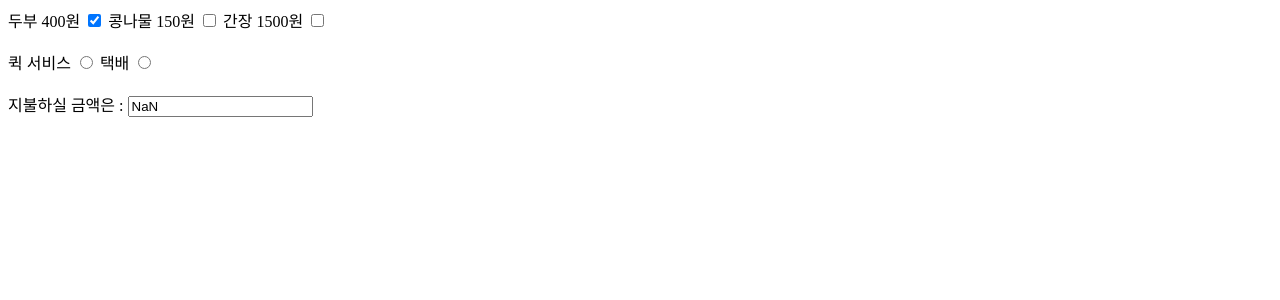
Repository: RyuJelly/java_web
Page: JavaScript/WebContent/event/mission03.html
The author's editor kept a copy of each file at every save. The page is drawn from the files as they stood at one save, then again after the next save.
The browser window is 1280 px wide. The pictures show the whole page.
Empty fields were first filled with sample values (such as "Sample", 5 or name@example.com).
After loading, the first visible `input` was clicked once.

Above is the page before, as saved 2021-03-11 06:27:56.

After the next save:
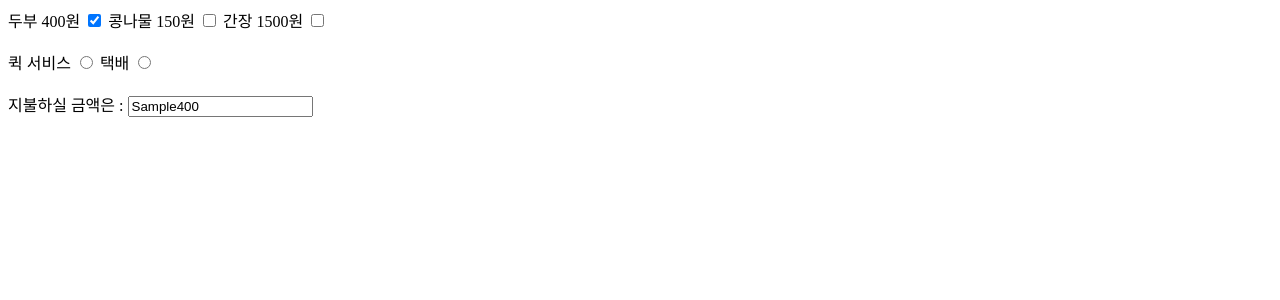
Saved 24 s later.
--- a/JavaScript/WebContent/event/mission03.html
+++ b/JavaScript/WebContent/event/mission03.html
@@ -12,9 +12,9 @@
 
 		if(this.type == 'checkbox'){
 			if(this.checked){
+				document.fmt.result.value += c1;
+			}else{
 				document.fmt.result.value -= c1;
-			}else{
-				document.fmt.result.value += c1;
 			}
 		}else{
 

After the save that followed:
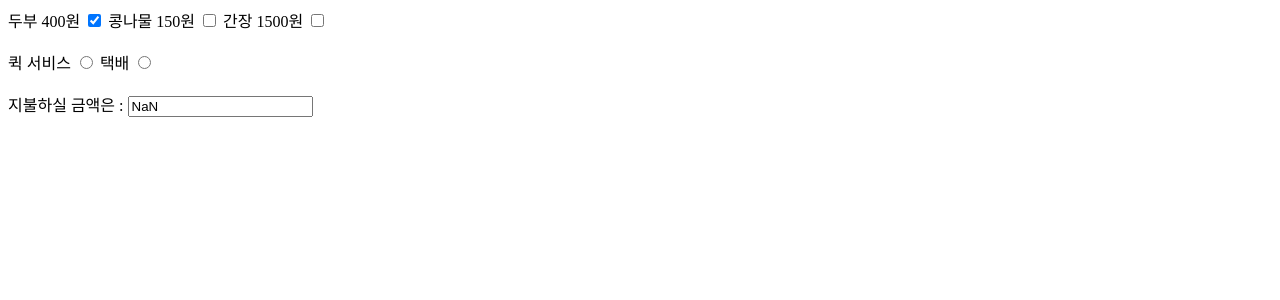
Saved 21 s later.
--- a/JavaScript/WebContent/event/mission03.html
+++ b/JavaScript/WebContent/event/mission03.html
@@ -12,9 +12,9 @@
 
 		if(this.type == 'checkbox'){
 			if(this.checked){
+				document.fmt.result.value -= c1;
+			}else{
 				document.fmt.result.value += c1;
-			}else{
-				document.fmt.result.value -= c1;
 			}
 		}else{
 
